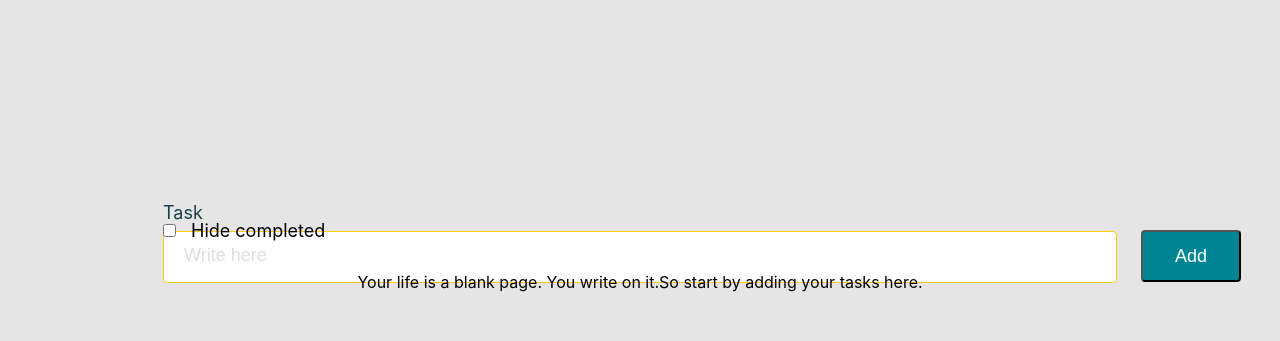
Repository: ArusyakAghajanyan/ToDoMamble
Page: /
The author's editor kept a copy of each file at every save. The page is drawn from the files as they stood at one save, then again after a run of saves.
The browser window is 1280 px wide. The pictures show the whole page.
The project was rebuilt for these pictures with package versions that can differ from the ones it lists, and the page was loaded fresh each time. Also part of the build but not shown: src/components/toDoItem.css, src/components/ToDoItem.jsx, src/components/confirm.css, src/components/Confirm.jsx.

Above is the page before, as saved 2022-05-25 13:07:51.

After the next 2 saves:
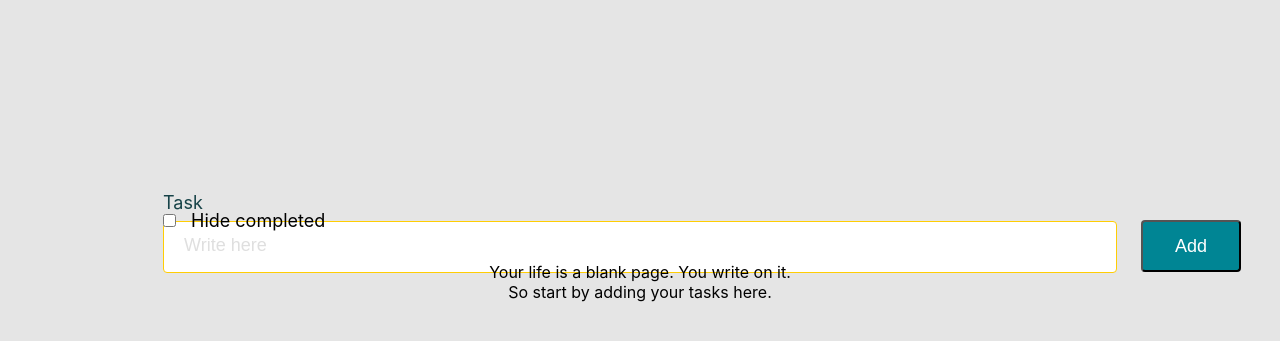
The 2 saves are shown as one change because they came seconds apart.
The last was saved 8 s later.
--- a/src/components/toDoList.css
+++ b/src/components/toDoList.css
@@ -7,10 +7,10 @@
      display: flex;
 
 justify-content: center;
-align-items: center; */
-/* flex-direction: column;
+align-items: center;
+flex-direction: column;
 
- } */
+ }
 /* .firstP{
  color: #ACACAC;
 font-size: 24px;
